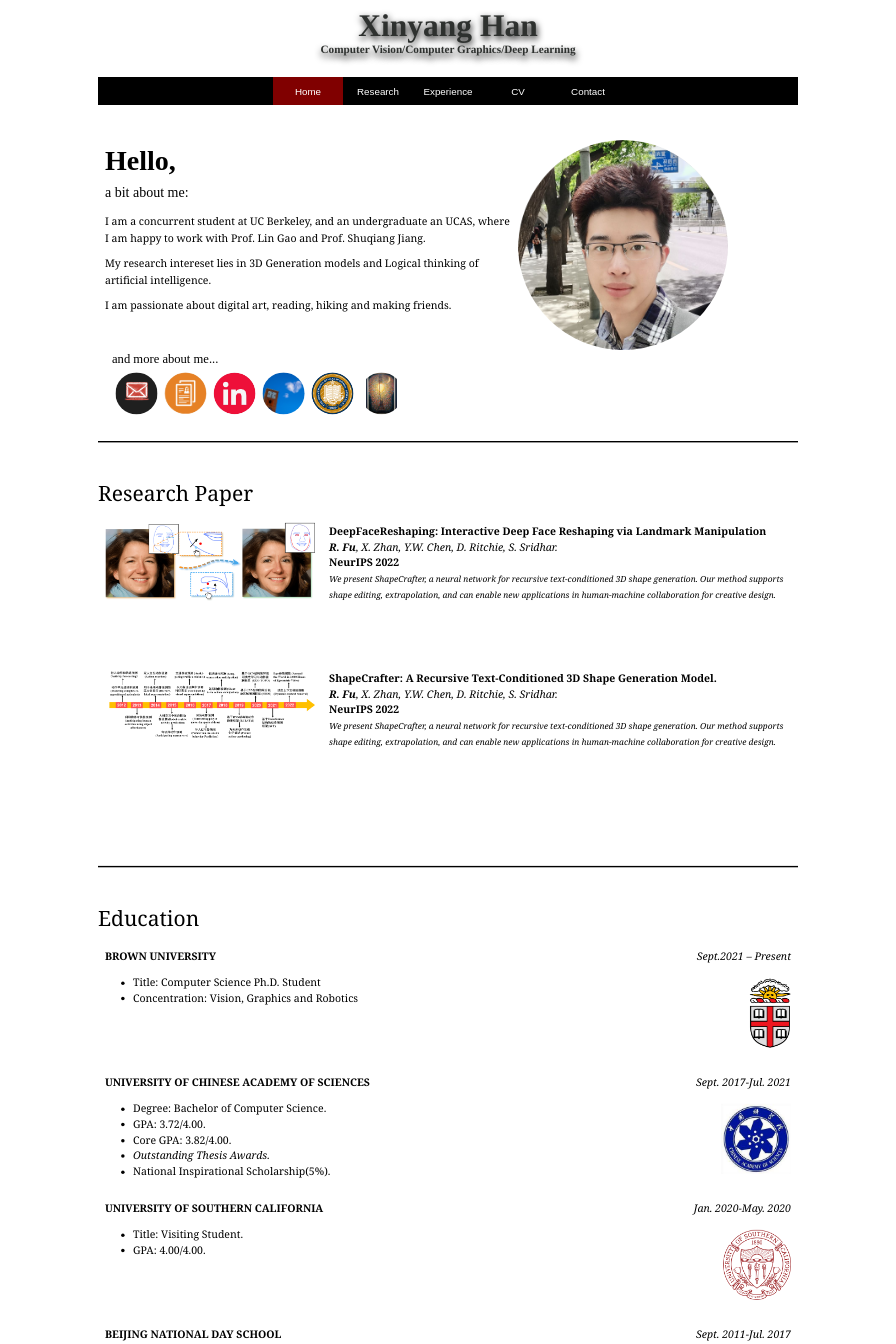
Repository: XinyangHan/XinyangHan.github.io
Page: index.html
An editor plug-in stored every save of this project. The page is shown before and after the next save, followed by the edit.
The browser window is 1280 px wide. The pictures show the part of the page from y = 0 to 1920 px (the page is 3473 px tall), at 70% of full size.

Above is the page before, as saved 2023-02-11 14:13:22.
Console error (its wording comes from the project's code and is left out).

After the next save:
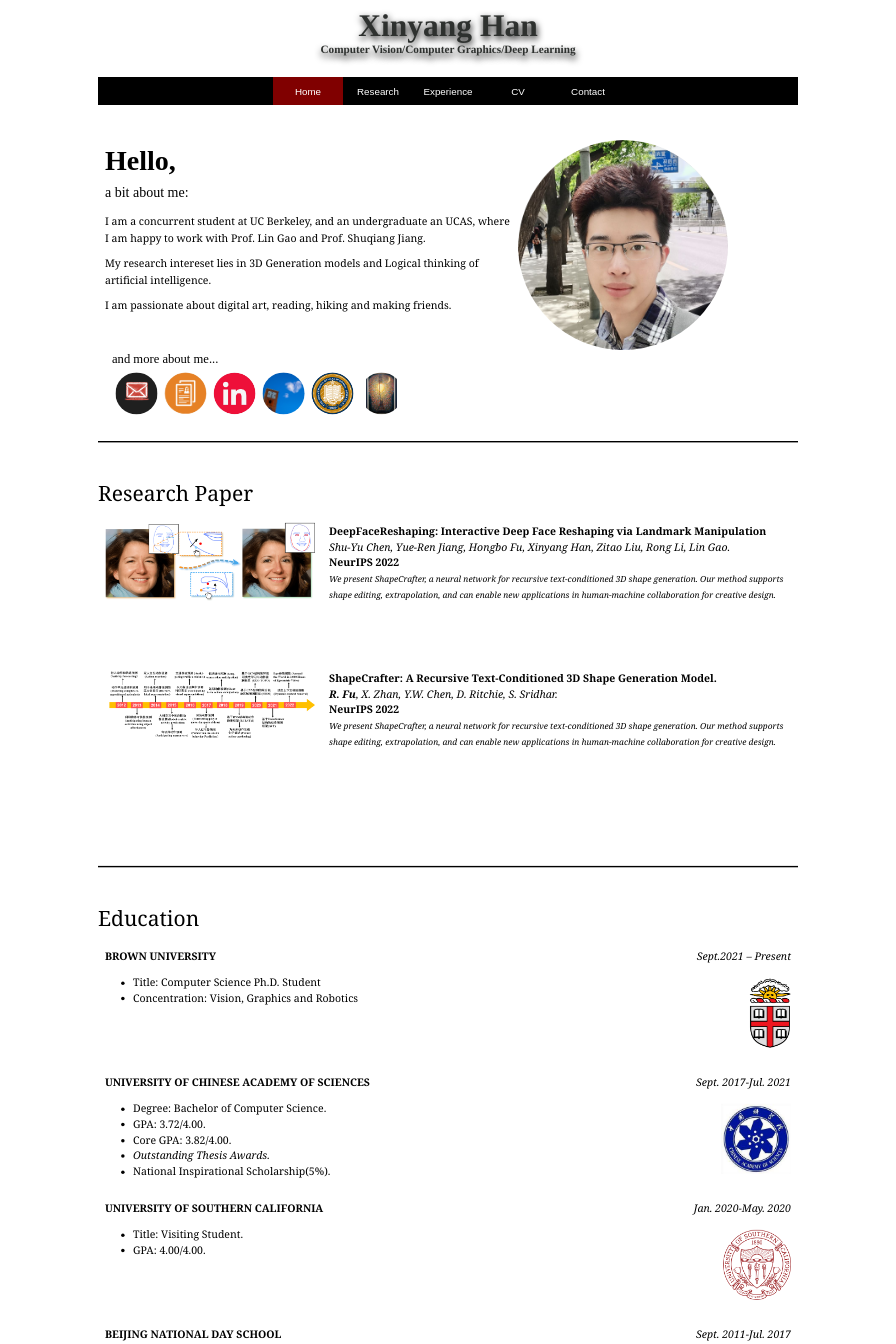
Saved 20 s later.
--- a/index.html
+++ b/index.html
@@ -189,7 +189,7 @@
 				<!-- <p class="small_font">click image for details</p> -->
 			</div>
 			<strong>DeepFaceReshaping: Interactive Deep Face Reshaping via Landmark Manipulation</strong>
-			<br><em><strong>R. Fu</strong>, X. Zhan, Y.W. Chen, D. Ritchie, S. Sridhar. </em>
+			<br><em>Shu-Yu Chen, Yue-Ren Jiang, Hongbo Fu, Xinyang Han, Zitao Liu, Rong Li, Lin Gao. </em>
 			<br><strong>NeurIPS 2022</strong></em>
 			<br><em class="small_font">We present ShapeCrafter, a neural network for recursive text-conditioned 3D shape generation.
 				Our method supports shape editing, extrapolation, and can enable new applications in human-machine collaboration for creative design.</em>
